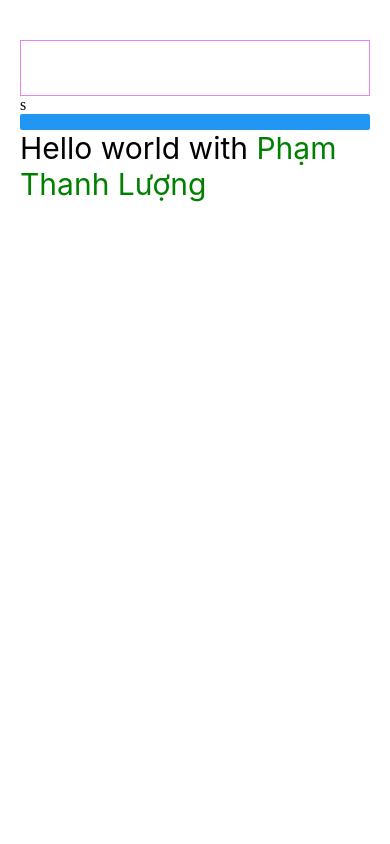
Repository: LuongPTCE181311/React-Native-Ultimate
Screen: /
These files come from the project's save history. The screen is drawn as it stood at one moment and after the next save; the edit follows.
The app was drawn by React Native's web renderer in a window 390 px wide. The project was rebuilt for these pictures with package versions that can differ from the ones it lists, and the page was loaded fresh each time. Some packages were replaced by stand-ins written for this rebuild.

Above is the screen before, as saved 2026-05-30 15:45:47.

After the next save:
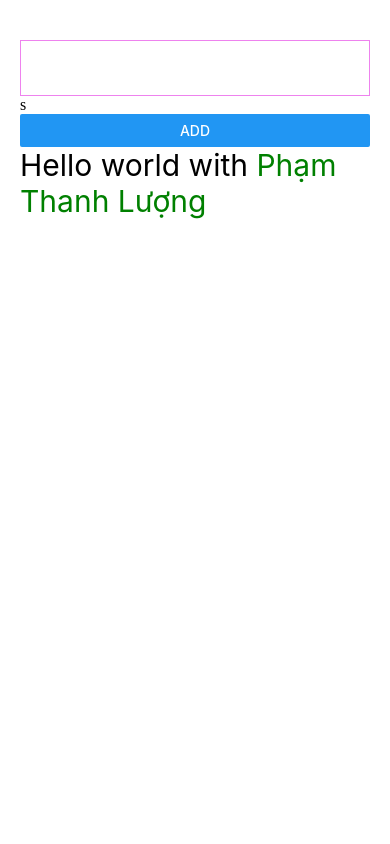
Saved 4 s later.
--- a/App.tsx
+++ b/App.tsx
@@ -26,7 +26,7 @@ export default function App() {
          style={styles.borderInput}/>
         <Text style={styles.text} >{name}</Text>s
       </View>
-      <Button title=''/>
+      <Button title='Add'/>
       <Text style={styles.text2}>Hello world with
         <Text style={styles.greenColor}> Phạm Thanh Lượng</Text>
       </Text>
